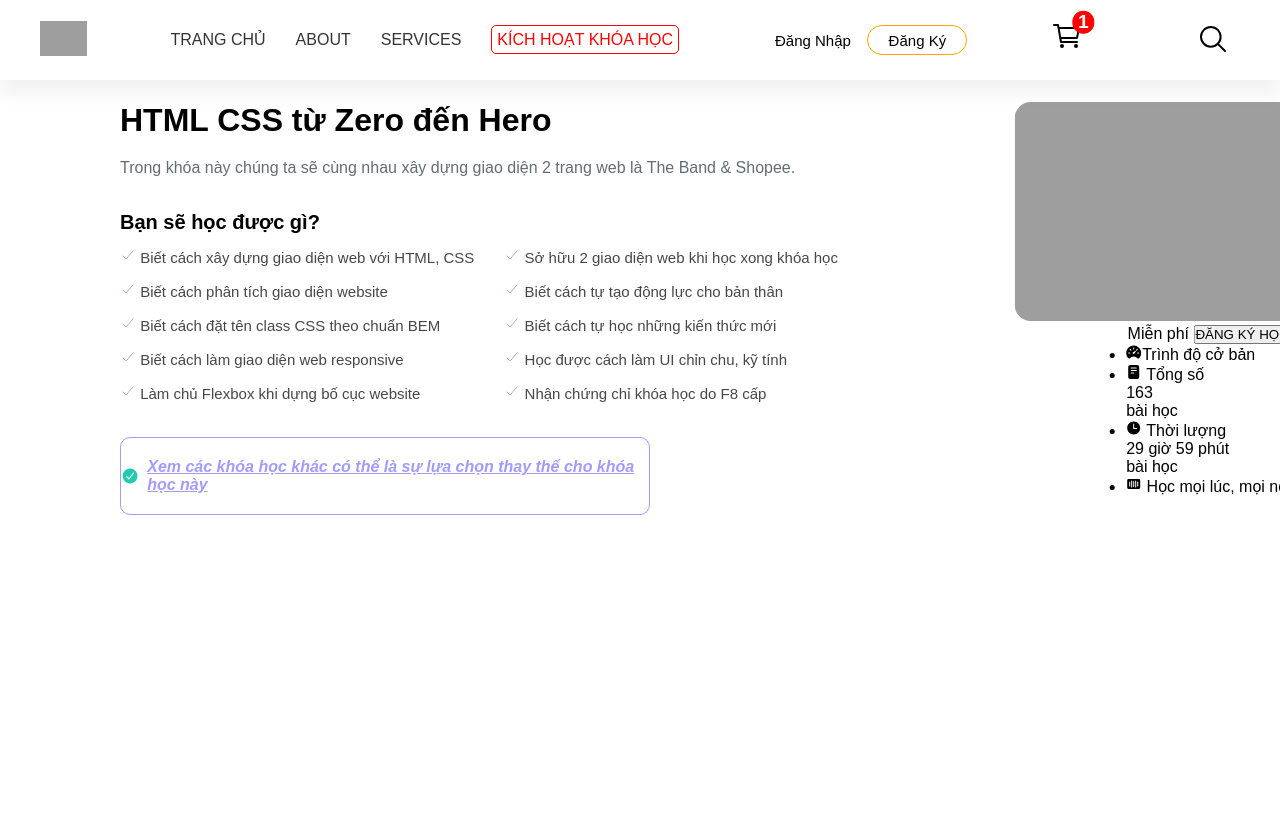
Repository: hoanghuuphuc/hoanghuuphuc
Page: details.html
The author's editor kept a copy of each file at every save. The page is drawn from the files as they stood at one save, then again after the next save.
The browser window is 1280 px wide. The pictures show the whole page.
Pictures or frames that could not be fetched are drawn as grey boxes.

Above is the page before, as saved 2022-12-11 22:17:15.
Console error: TypeError: Cannot read properties of null (reading 'addEventListener')

After the next save:
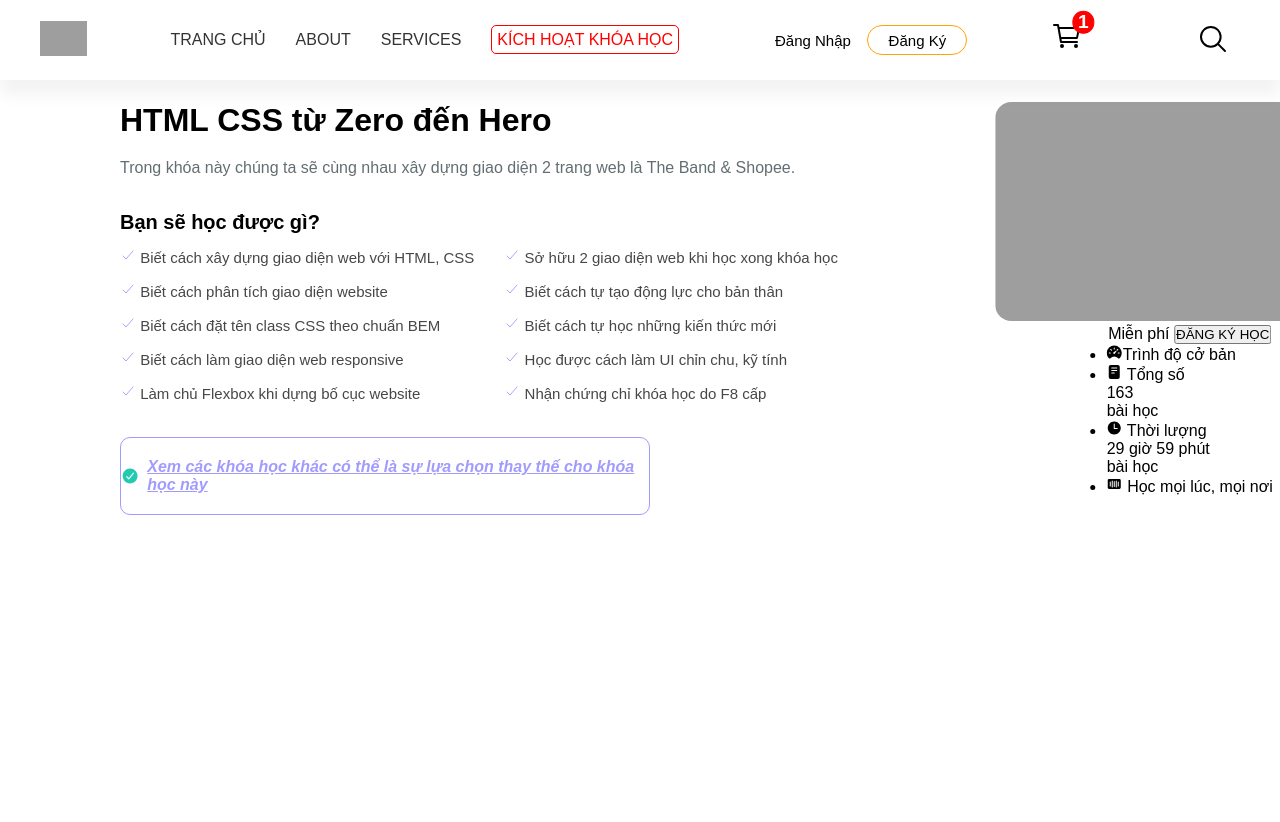
Saved 35 s later.
--- a/style.css
+++ b/style.css
@@ -750,7 +750,7 @@ footer {
   align-items: center;
   position: fixed;
   justify-content: flex-end;
-  transform: translateX(230%);
+  transform: translateX(225%);
   float: right;
 }
 .details-right-video iframe {
